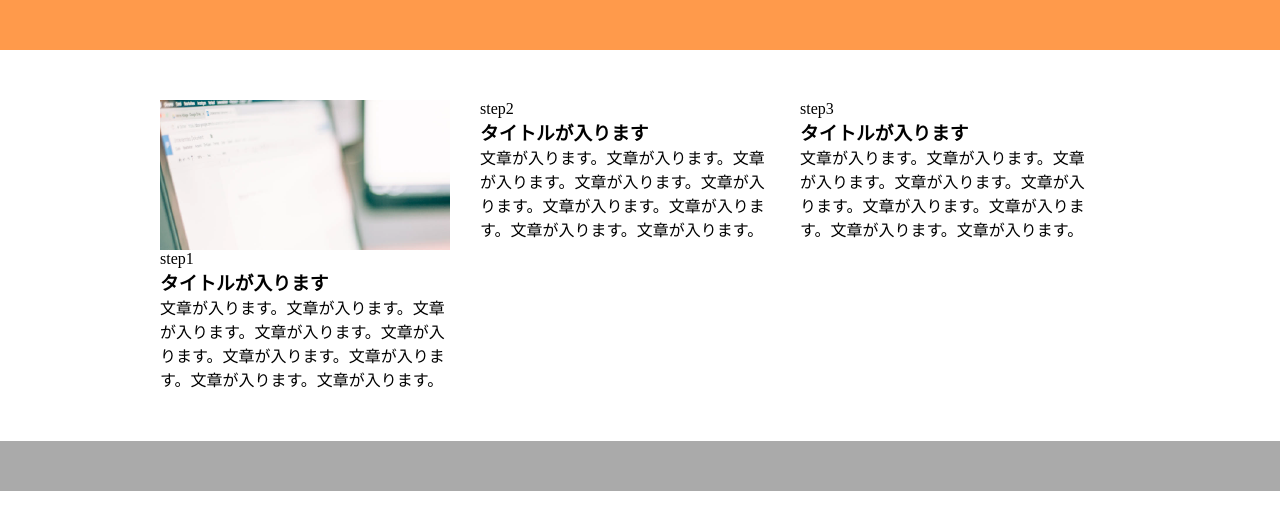
Repository: yuu2310/dmm-webcamp
Page: chapter9_exericise/index.html
The author's editor kept a record of every edit. The page is drawn from the files as they stood at one moment, then again after the next edit.
The browser window is 1280 px wide. The pictures show the whole page.
Some web libraries are served in a nearby version.

Above is the page before.

### chapter9_exericise/index.html
<!DOCTYPE HTML>
<html lang="ja">
  <head>
    <meta charset="UTF-8" />
    <script src="https://kit.fontawesome.com/ce194f1660.js" crossorigin="anonymous"></script>
    <title>chapter9演習</title>
    <link rel="stylesheet" href="style.css"/>
  </head>

  <body>
    <!--<div class="position">-->
    <!--  <i class="fa-brands fa-twitter"></i>-->
    <!--  <i class="fa-brands fa-facebook"></i>-->
    <!--</div>-->
    <header></header>
    <main>
      <div class="step-box">
        <div class="step-img1"></div>
        <span class="step-num">step1</span>
        <h3 class="title">タイトルが入ります</h3>
        <p>文章が入ります。文章が入ります。文章が入ります。文章が入ります。文章が入ります。文章が入ります。文章が入ります。文章が入ります。文章が入ります。</p>
      </div>
      <div class="step-box">
        <div class="step-img2"></div>
        <span class="step-num">step2</span>
        <h3 class="title">タイトルが入ります</h3>
        <p>文章が入ります。文章が入ります。文章が入ります。文章が入ります。文章が入ります。文章が入ります。文章が入ります。文章が入ります。文章が入ります。</p>
      </div>
      <div class="step-box">
        <div class="step-img3"></div>
        <span class="step-num">step3</span>
        <h3 class="title">タイトルが入ります</h3>
        <p>文章が入ります。文章が入ります。文章が入ります。文章が入ります。文章が入ります。文章が入ります。文章が入ります。文章が入ります。文章が入ります。</p>
      </div>
    </main>
    <footer></footer>
  </body>
</html>

### chapter9_exericise/style.css
* {
  margin: 0;
  padding: 0;
  box-sizing: border-box;
}

/*i {*/
/*  font-size: 32px;*/
/*}*/

/*.position {*/
/*  position: absolute;*/
/*  right: 40px;*/
/*  top: 100px;*/
/*}*/

header {
  width: 100%;
  height: 50px;
  background-color: #FF9A4B;
}

main {
  width: 960px;
  margin: 50px auto;
  display: flex;
}

.step-box {
  width: 300px;
  margin-right: 30px;
}

.step-img1 {
  height: 150px;
  padding: 10px;
  background-image: url(chapter9/flow01.png);
}

.step-img1 {
  height: 150px;
  padding: 10px;
  background-image: url(chapter9/flow01.png);
}

.step-img1 {
  height: 150px;
  padding: 10px;
  background-image: url(chapter9/flow01.png);
}

footer {
  width: 100%;
  height: 50px;
  background-color: #AAAAAA;
}

After the next edit:
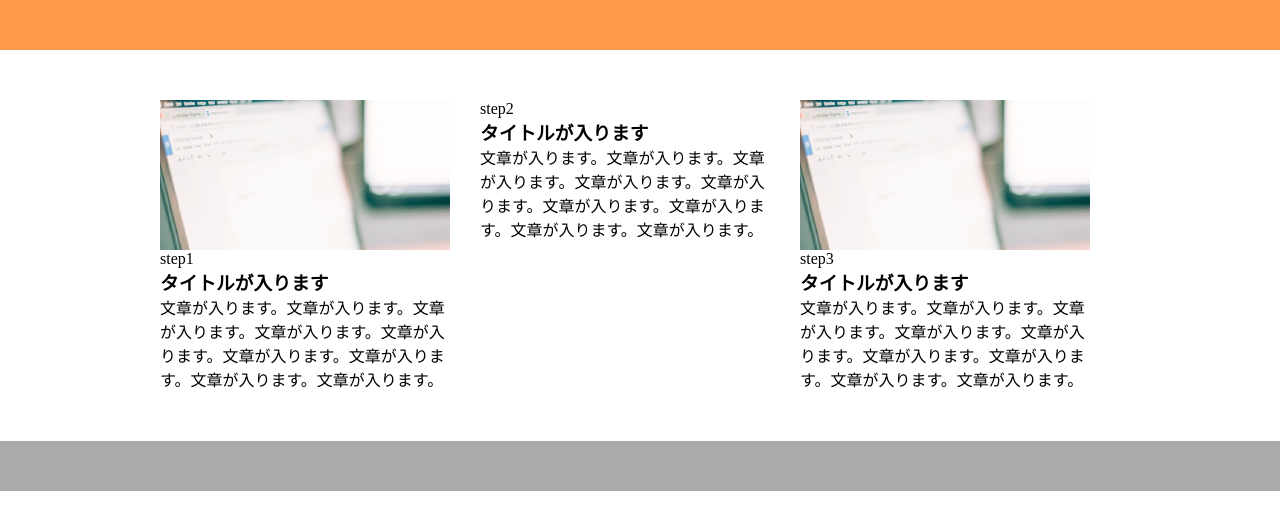
The edit:
--- a/chapter9_exericise/style.css
+++ b/chapter9_exericise/style.css
@@ -43,7 +43,7 @@
   background-image: url(chapter9/flow01.png);
 }
 
-.step-img1 {
+.step-img3 {
   height: 150px;
   padding: 10px;
   background-image: url(chapter9/flow01.png);
